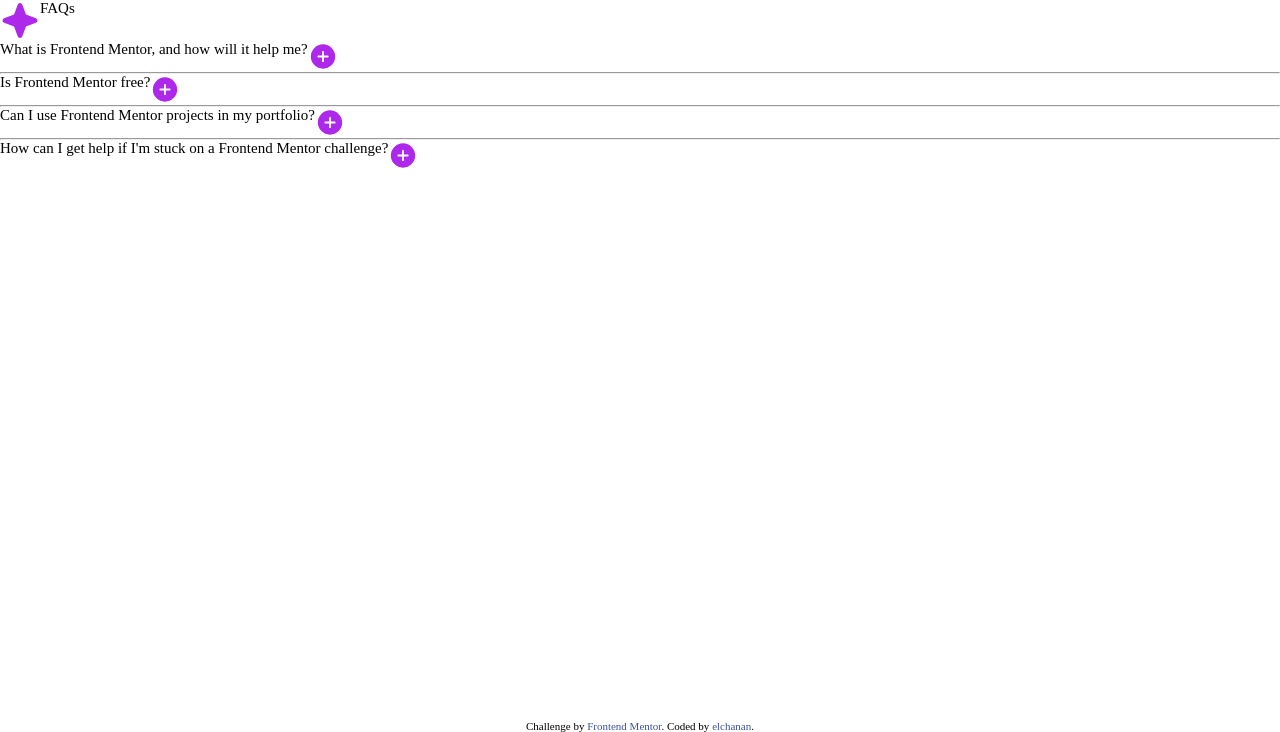
Repository: elchananChen/frontend-mentor-projects
Page: 2024/10/faQs/index.html
An editor plug-in stored every save of this project. The page is shown before and after the next save, followed by the edit.
The browser window is 1280 px wide. The pictures show the whole page.

Above is the page before, as saved 2024-10-13 05:29:01.

### 2024/10/faQs/index.html
<!DOCTYPE html>
<html lang="en">
  <head>
    <meta charset="UTF-8" />
    <meta name="viewport" content="width=device-width, initial-scale=1.0" />

    <link
      rel="icon"
      type="image/png"
      sizes="32x32"
      href="./assets/images/favicon-32x32.png"
    />

    <title>Frontend Mentor | FAQ accordion</title>

    <style>
      .attribution {
        font-size: 11px;
        text-align: center;
      }
      .attribution a {
        color: hsl(228, 45%, 44%);
      }
    </style>
    <link rel="stylesheet" href="./style.css" />
  </head>
  <body>
    <article>
      <div class="card">
        <header>
          <div class="flex">
            <div><img src="./assets/images/icon-star.svg" alt="" /></div>
            <h1>FAQs</h1>
          </div>
        </header>
        <main>
          <div class="flex">
            <h3>What is Frontend Mentor, and how will it help me?</h3>
            <div><img src="./assets/images/icon-plus.svg" alt="" /></div>
          </div>
          <p class="hidden">
            Frontend Mentor offers realistic coding challenges to help
            developers improve their frontend coding skills with projects in
            HTML, CSS, and JavaScript. It's suitable for all levels and ideal
            for portfolio building.
          </p>
          <hr />
          <div class="flex">
            <h3>Is Frontend Mentor free?</h3>
            <div><img src="./assets/images/icon-plus.svg" alt="" /></div>
          </div>
          <p class="hidden">
            Yes, Frontend Mentor offers both free and premium coding challenges,
            with the free option providing access to a range of projects
            suitable for all skill levels.
          </p>
          <hr />
          <div class="flex">
            <h3>Can I use Frontend Mentor projects in my portfolio?</h3>
            <div><img src="./assets/images/icon-plus.svg" alt="" /></div>
          </div>
          <p class="hidden">
            Yes, you can use projects completed on Frontend Mentor in your
            portfolio. It's an excellent way to showcase your skills to
            potential employers!
          </p>
          <hr />
          <div class="flex">
            <h3>
              How can I get help if I'm stuck on a Frontend Mentor challenge?
            </h3>
            <div><img src="./assets/images/icon-plus.svg" alt="" /></div>
          </div>
          <p class="hidden">
            The best place to get help is inside Frontend Mentor's Discord
            community. There's a help channel where you can ask questions and
            seek support from other community members.
          </p>
        </main>
      </div>
    </article>
    <div class="attribution">
      Challenge by
      <a href="https://www.frontendmentor.io?ref=challenge" target="_blank"
        >Frontend Mentor</a
      >. Coded by <a href="#">elchanan</a>.
    </div>
  </body>
</html>

### 2024/10/faQs/style.css
@import url("./css/reset.css");
@import url("./css/varieble.css");
@import url("./css/fonts.css");
@import url("./css/utilities.css");

article {
  min-height: 100vh;
  width: 100%;
}
.card {
  /* min-height: 100vh; */
  width: 100%;
  height: 200px;
  /* background: -moz-linear-gradient(left, blue 75%, white 25%); */
  background: -webkit-linear-gradient(
    left,
    blue 75%,
    var(--color-Light-pink) 75%,
    var(--color-Light-pink) 100%
  ); /* background: linear-gradient(to top, blue 25%, white 25%, red 50%); */
}
header {
}

### 2024/10/faQs/css/reset.css
* {
  box-sizing: border-box;
  margin: 0;
  padding: 0;
}
html {
  font-family: "overpass-Regular";
}
html,
body {
  min-height: 100vh;
  width: 100%;
  font-size: 15px;
}

img {
  display: block;
  max-width: 100%;
}
h1,
h2,
h3,
h4,
h5,
h6 {
  font-size: 1rem;
  font-weight: normal;
}
button {
  border: 0px;
}

ul,
ol {
  padding-left: 0.5rem;
}
a {
  text-decoration: none;
  color: inherit;
}

### 2024/10/faQs/css/utilities.css
.flex {
  display: flex;
}
.hidden {
  display: none;
}

Loaded but not shown: 2024/10/faQs/css/fonts.css (no copy from this time; the picture is the same without it); 2024/10/faQs/css/varieble.css (no stored copy; drawn as an empty file)

After the next save:
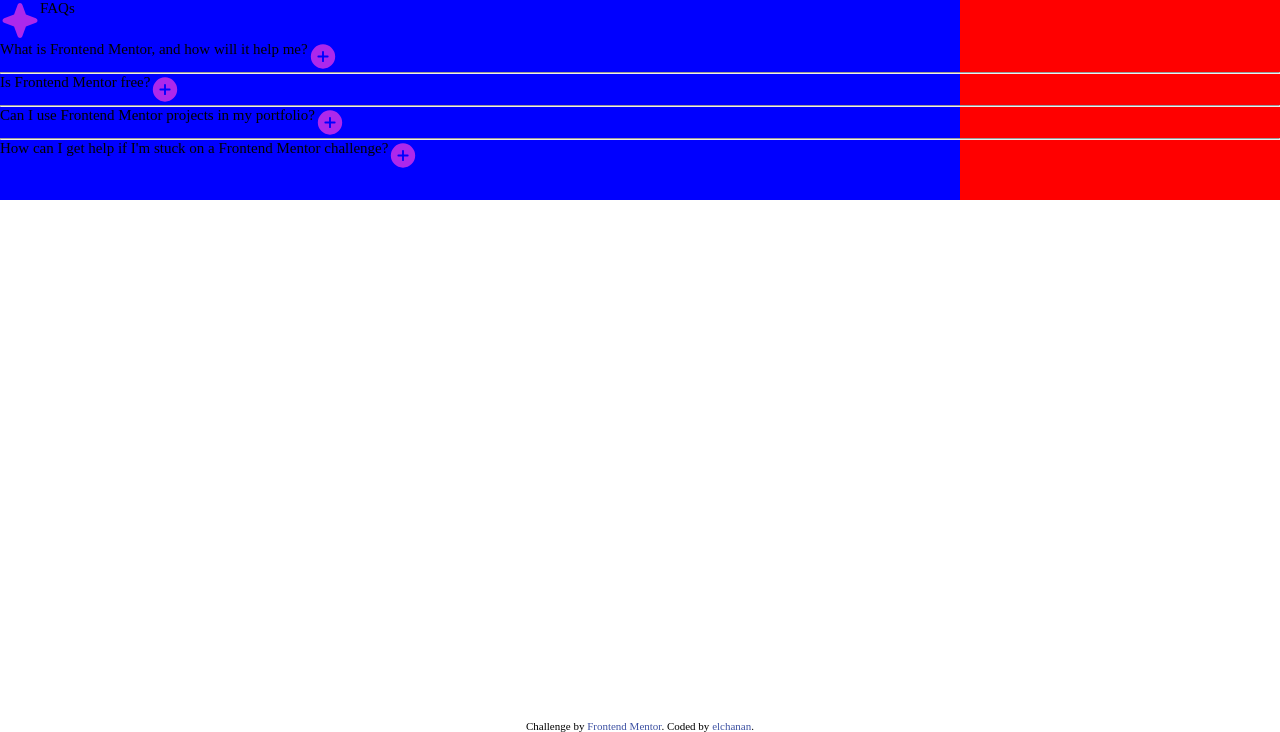
Saved 36 s later.
--- a/2024/10/faQs/style.css
+++ b/2024/10/faQs/style.css
@@ -15,8 +15,8 @@
   background: -webkit-linear-gradient(
     left,
     blue 75%,
-    var(--color-Light-pink) 75%,
-    var(--color-Light-pink) 100%
+    red 75%,
+    red 100%
   ); /* background: linear-gradient(to top, blue 25%, white 25%, red 50%); */
 }
 header {

After the save that followed:
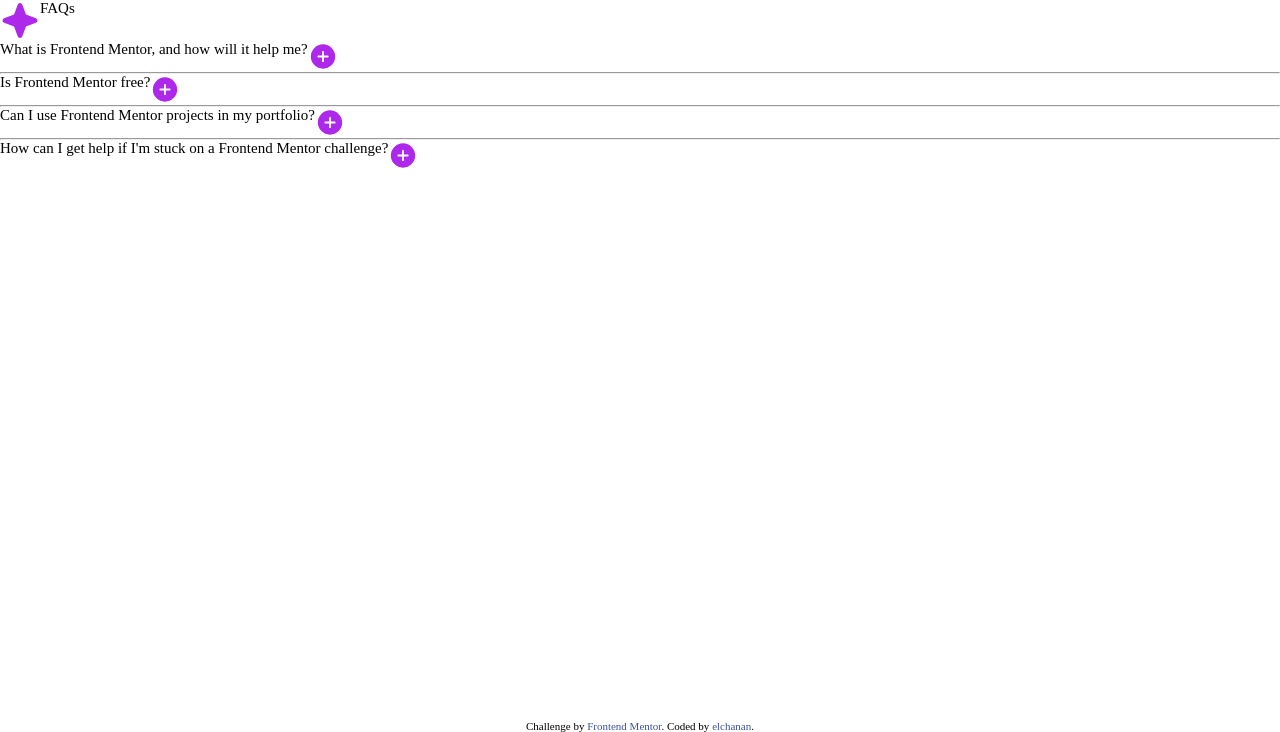
Saved 28 s later.
--- a/2024/10/faQs/style.css
+++ b/2024/10/faQs/style.css
@@ -14,9 +14,7 @@
   /* background: -moz-linear-gradient(left, blue 75%, white 25%); */
   background: -webkit-linear-gradient(
     left,
-    blue 75%,
-    red 75%,
-    red 100%
+    blue 75%
   ); /* background: linear-gradient(to top, blue 25%, white 25%, red 50%); */
 }
 header {
